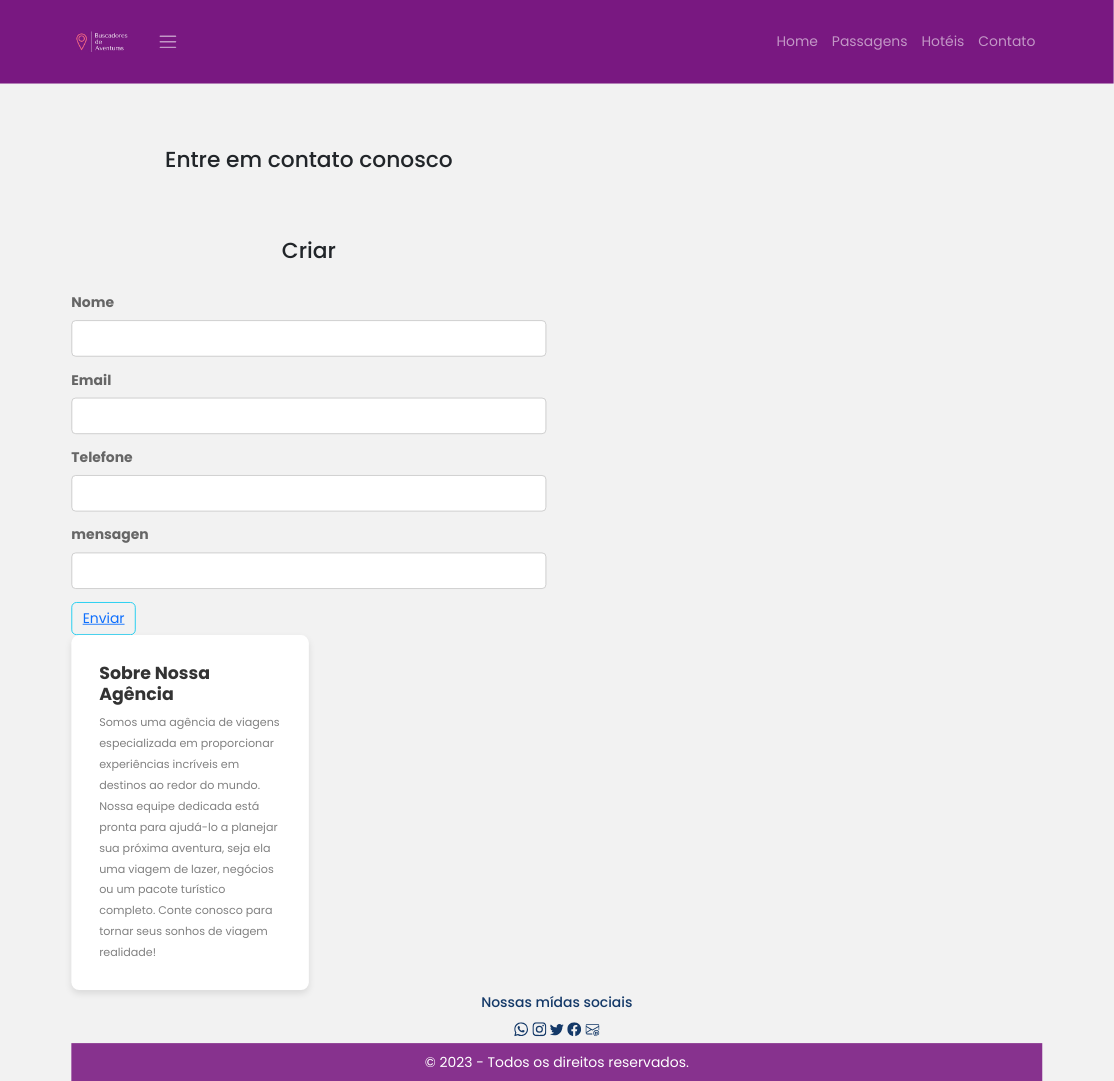
Repository: gabilorpi/AgenciaSpringMVC
Page: http://localhost/views/contato/index
These files come from the project's save history. The page is drawn as it stood at one moment and after the next save; the edit follows.
The browser window is 1280 px wide. The pictures show the whole page, at 87% of full size.
The page is this project's Thymeleaf template; nobody is signed in. The template is opened directly, without the code that normally fills it, so the values that code supplies are empty.

Above is the page before, as saved 2023-12-09 15:40:12.

After the next save:
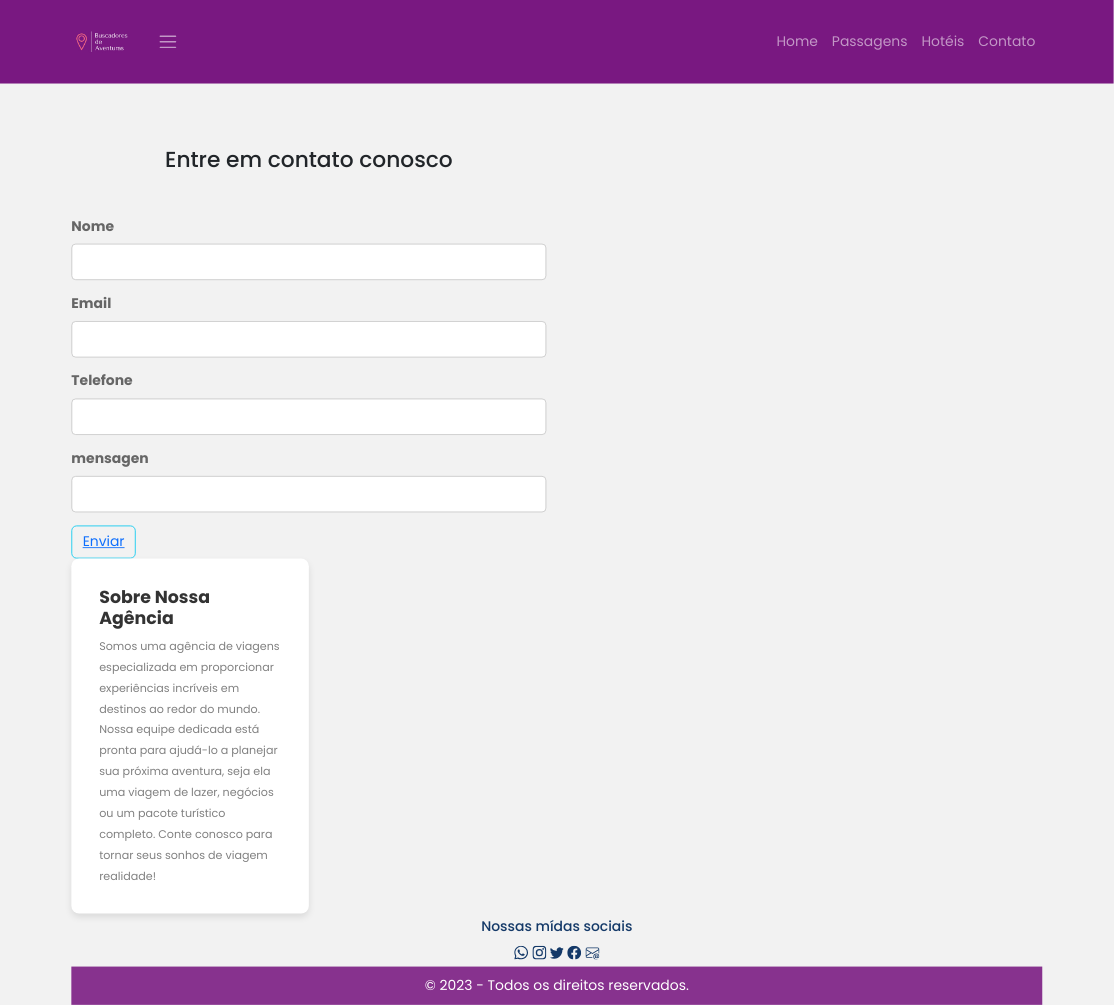
Saved 114 s later.
--- a/AgenciaSpringMVC/src/main/resources/templates/views/contato/index.html
+++ b/AgenciaSpringMVC/src/main/resources/templates/views/contato/index.html
@@ -71,7 +71,7 @@
         <h2 class="mb-4">Entre em contato conosco</h2>
        <div class="modal-body">
 						<form th:action="@{/contato/cadastrar}" method="post" th:object="${contato}">
-							<h2 class="text-center">Criar</h2>
+
 							<div class="form-group">
 								<label for="nome" class="form-label">
 									Nome
